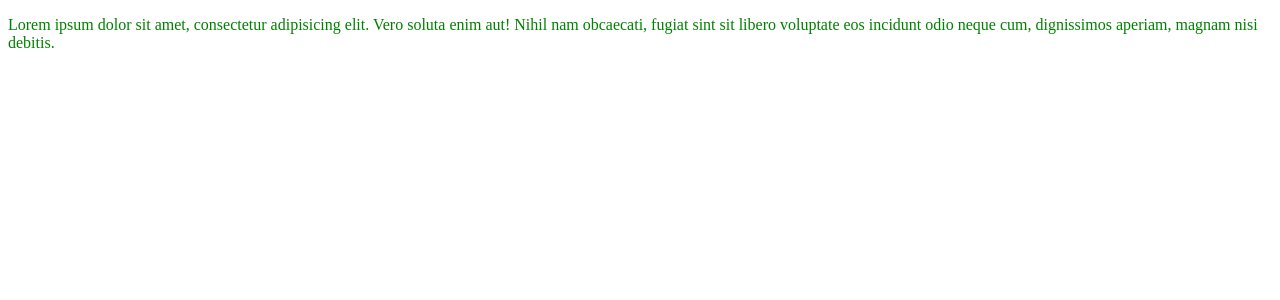
Repository: Aakarshit-Sharma19/Basic-HTML-and-CSS-Page-
Page: test.html
An editor plug-in stored every save of this project. The page is shown before and after the next save, followed by the edit.
The browser window is 1280 px wide. The pictures show the whole page.

Above is the page before, as saved 2020-11-08 11:25:14.

After the next save:
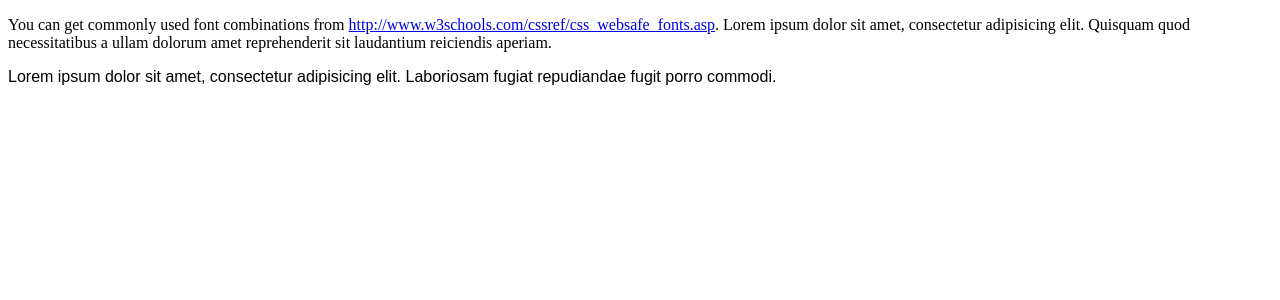
Saved 8 min 14 s later.
--- a/test.html
+++ b/test.html
@@ -1,30 +1,16 @@
 <!DOCTYPE html>
 <html>
-
 <head>
-  <meta charset="utf-8">
-  <title>Inheritance in CSS</title>
-  <style>
-    header.navigation p {
-      color: blue;
-    }
-
-    p.blurb {
-      color: red;
-    }
-
-    p {
-      color: green !important;
-    }
-  </style>
+<meta charset="utf-8">
+<title>Styling Text</title>
+<style>
+.style {
+    font-family: Arial, Helvetica, sans-serif;
+}
+</style>
 </head>
-
 <body>
-  <header class="navigation">
-    <p class="blurb">Lorem ipsum dolor sit amet, consectetur adipisicing elit. Vero soluta enim aut! Nihil nam
-      obcaecati, fugiat sint sit libero voluptate eos incidunt odio neque cum, dignissimos aperiam, magnam nisi debitis.
-    </p>
-  </header>
+<p>You can get commonly used font combinations from <a href="http://www.w3schools.com/cssref/css_websafe_fonts.asp">http://www.w3schools.com/cssref/css_websafe_fonts.asp</a>. Lorem ipsum dolor sit amet, consectetur adipisicing elit. Quisquam quod necessitatibus a ullam dolorum amet reprehenderit sit laudantium reiciendis aperiam. </p>
+<p class="style">Lorem ipsum dolor sit amet, consectetur adipisicing elit. Laboriosam fugiat repudiandae fugit porro commodi.</p>
 </body>
-
 </html>
